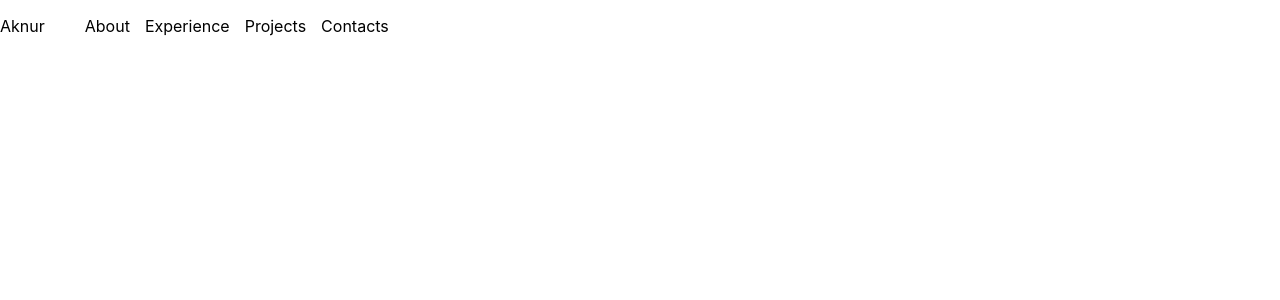
Repository: aknurkappar/nfactorial-portfolio-app-03-03-2022
Page: /
These files come from the project's save history. The page is drawn as it stood at one moment and after the next save; the edit follows.
The browser window is 1280 px wide. The pictures show the whole page.
The project was rebuilt for these pictures with package versions that can differ from the ones it lists, and the page was loaded fresh each time. Also part of the build but not shown: src/App.css.

Above is the page before, as saved 2023-03-03 20:45:59.

### src/App.js
import './App.css';
import { Header } from "./components/Header"

function App() {
  return (
    <>
    <Header />
    </>

  );
}

export default App;

### src/components/Header/index.js
import "./index.css"


 class Menu{
    constructor(name){
        this.name = name;
        this.isActive = false;
    }
 }

 const menues = [
    new Menu("About"),
    new Menu("Experience"),
    new Menu("Projects"),
    new Menu("Contacts"),
 ]


 export const Header = () => {
    return (
        <div className="header">

            <p>Aknur</p>
            <ul className="menu-items">{
                menues.map(menu => (
                    <li>{menu.name}</li>
                ))
            }</ul>


        </div>
    )
 }

### src/components/Header/index.css
.menu-items{
    display: flex;
    flex-direction: row;

}


.menu-items li{
    list-style-type: none;
    margin-right: 15px;
}

.header{
    display: flex;
    align-items: center;
    justify-content: ;
}

Loaded but not shown: public/index.html (common file); src/index.js (common file); src/index.css (common file)

After the next save:
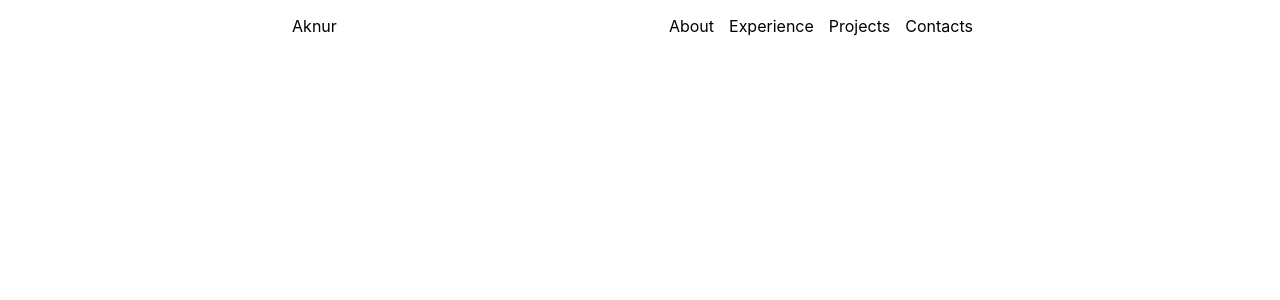
Saved 4 s later.
--- a/src/components/Header/index.css
+++ b/src/components/Header/index.css
@@ -13,5 +13,5 @@
 .header{
     display: flex;
     align-items: center;
-    justify-content: ;
+    justify-content: space-evenly;
 }
